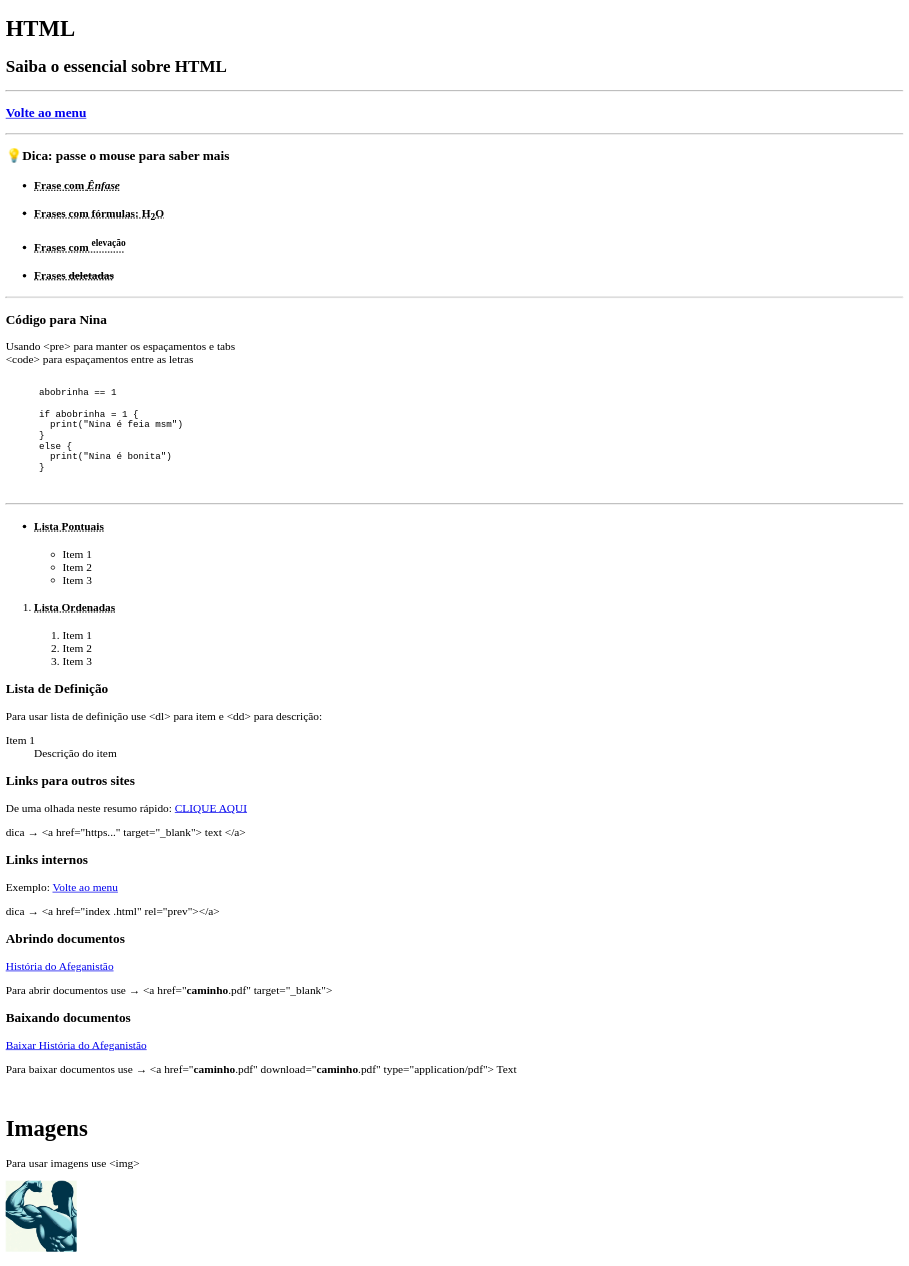
Repository: LuidyOn/Site_Forca_Total
Page: ForçaTotal/sobreHTML.html
The author's editor kept a copy of each file at every save. The page is drawn from the files as they stood at one save, then again after the next save.
The browser window is 1280 px wide. The pictures show the whole page, at 71% of full size.

Above is the page before, as saved 2025-05-15 20:32:17.

### ForçaTotal/sobreHTML.html
<!DOCTYPE html>
<html lang="pt-br">
<head>
  <meta charset="UTF-8">
  <meta name="viewport" content="width=device-width, initial-scale=1.0">
  <link rel="shortcut icon" href="img/icons/logo.ico" type="image/x-icon">
  <title>Testes Força total</title>
</head>
<body>
  <h1>HTML</h1>
  <h2>Saiba o essencial sobre HTML</h2>

  <hr>
  <h3><a href="index.html" rel="prev"> Volte ao menu</a></h3>
  <hr>

<h3>💡Dica: passe o mouse para saber mais</h3>

  <ul><li><h4> <abbr title="Para deixar uma frase com ênfase, usamos: <em> ">Frase com <em>Ênfase</em></h4> </abbr>
  </li></ul>

    <ul><li><h4><abbr title="Para utilizarmos frases 'baixas' ou fórmulas usamos: <sub></sub>"> Frases com fórmulas: H<sub>2</sub>O</abbr></h4> </li></ul>

  <ul><li><h4> <abbr title="Para utilizarmos frases com ênfase/superiores usamos: <sup></sup>">Frases com <sup>elevação</sup></h4> </abbr></li></ul>

  <ul><li><abbr title=" Para utilizarmos frases deletadas usamos: <del>"><h4>Frases <del>deletadas</del></h4></abbr></li></ul>

  <hr>

  <h3>Código para Nina</h3>
  <p>Usando &lt;pre&gt; para manter os espaçamentos e tabs <br> &lt;code&gt; para espaçamentos entre as letras</p>

  <p></p>

  <pre>
    <code>
      abobrinha == 1

      if abobrinha = 1 {
        print("Nina é feia msm")
      }
      else {
        print("Nina é bonita")
      }
    </code>
  </pre>

  <hr>

      <ul>
        <li>
          <abbr title="Para usar lista pontuadas use <ul>"> <h4>Lista Pontuais</h4> </abbr>
        </li>
          <ul>
            <li>Item 1</li>
            <li>Item 2</li>
            <li>Item 3</li>
          </ul>
      </ul>

      <ol>
        <li>
          <abbr title="Para usar lista ordenadas use <ol>"> <h4>Lista Ordenadas</h4> </abbr>
        </li>
          <ol>
            <li>Item 1</li>
            <li>Item 2</li>
            <li>Item 3</li>
          </ol>
      </ol>

  <h3>Lista de Definição</h3>
  <dl>
    <dt>Para usar lista de definição use &lt;dl&gt; para item e &lt;dd&gt para descrição:</dt>

   <dl>
    <dt>Item 1</dt>
    <dd>Descrição do item</dd>
  </dl>

    <h3>Links para outros sites</h3>
    <p>De uma olhada neste resumo rápido: <a href="https://www.youtube.com/watch?v=dQw4w9WgXcQ" target="_blank" rel="External"> CLIQUE AQUI </a></p>
    <p>dica &rarr; &lt;a href="https..." target="_blank"&gt; text &lt;/a&gt;</p>

    <h3>Links internos</h3>

    <p>Exemplo: <a href="index.html" rel="prev"> Volte ao menu</a></p>
    <p>dica &rarr; &lt;a href="index .html" rel="prev"&gt;&lt;/a&gt;</p>

    <h3>Abrindo documentos</h3>
    <p><a href="Documentos/PDFs/GUERRA DO AFEGANISTÃO.pdf" target="_blank"> História do Afeganistão</a></p>

    <p>Para abrir documentos use &rarr; &lt;a href="<strong>caminho</strong>.pdf" target="_blank"&gt;</p>

    <h3>Baixando documentos</h3>
    <p><a href="Documentos/PDFs/GUERRA DO AFEGANISTÃO.pdf" target="_blank" download="Documentos/PDFs/GUERRA DO AFEGANISTÃO.pdf" type="application/pdf"> Baixar História do Afeganistão</a></p>

    <p>Para baixar documentos use &rarr; &lt;a href="<strong>caminho</strong>.pdf" download="<strong>caminho</strong>.pdf" type="application/pdf"&gt; Text</p>

  <p><br></p>

  <h1>Imagens</h1>
  <p>Para usar imagens use &lt;img&gt;</p>
  <img src="img/parteSerior.png" alt="parte superior" style="width: 100px; height: 100px;">
</body>
</html>

After the next save:
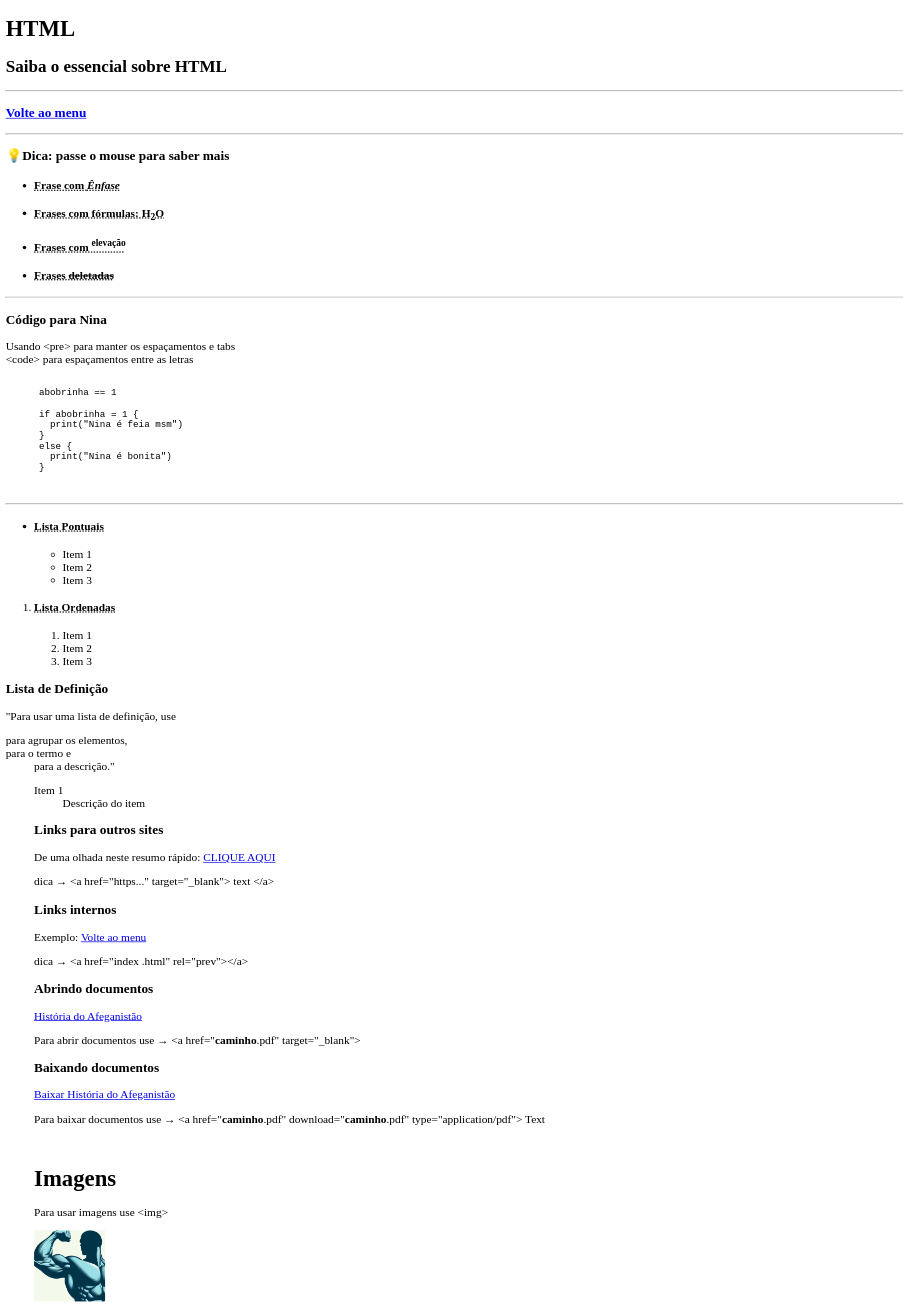
Saved 53 s later.
--- a/ForçaTotal/sobreHTML.html
+++ b/ForçaTotal/sobreHTML.html
@@ -71,7 +71,7 @@
 
   <h3>Lista de Definição</h3>
   <dl>
-    <dt>Para usar lista de definição use &lt;dl&gt; para item e &lt;dd&gt para descrição:</dt>
+    "Para usar uma lista de definição, use <dl> para agrupar os elementos, <dt> para o termo e <dd> para a descrição."
 
    <dl>
     <dt>Item 1</dt>
